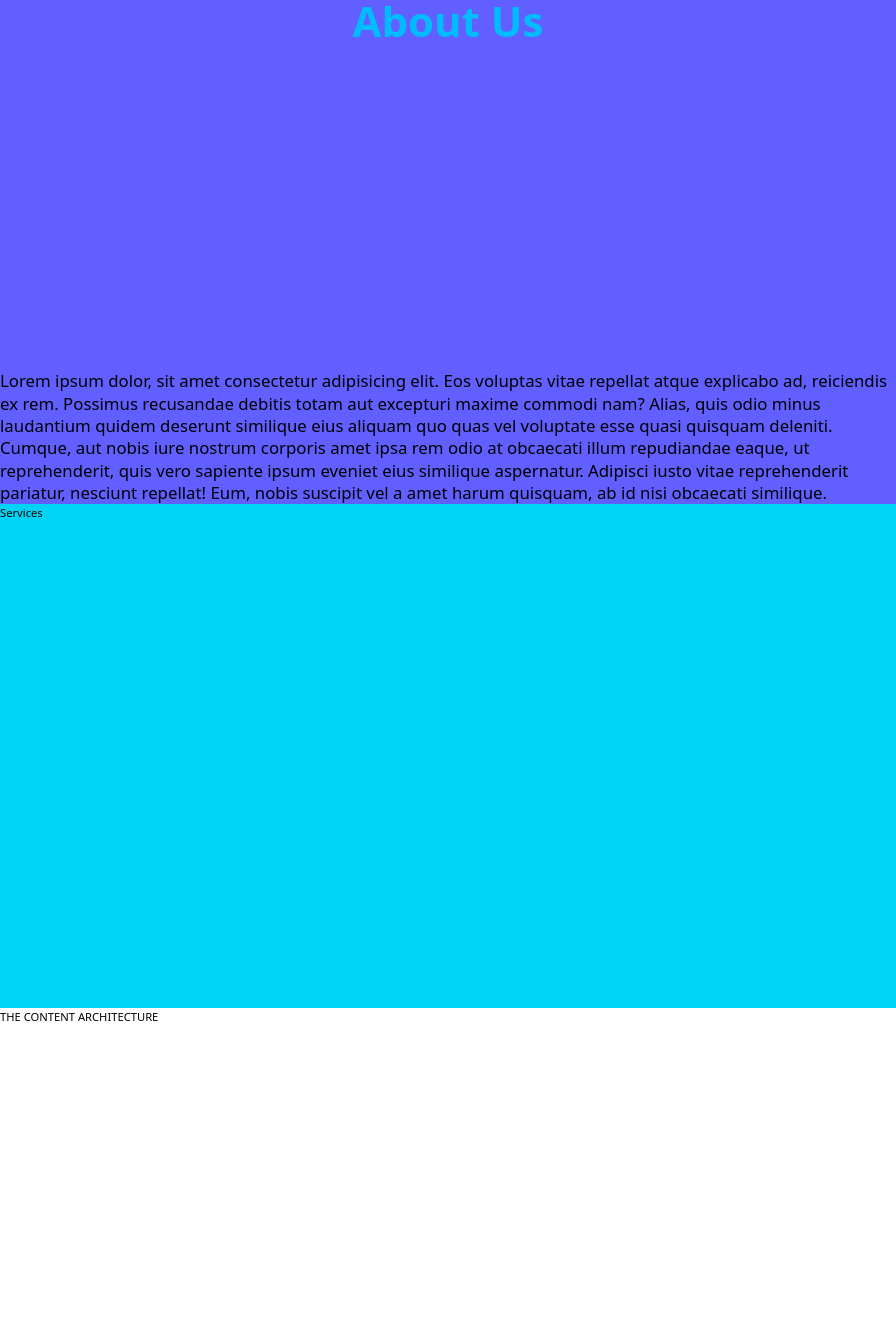
Repository: ajay-maurya-dev/Login
Page: /
The author's editor kept a copy of each file at every save. The page is drawn from the files as they stood at one save, then again after a run of saves.
The browser window is 1280 px wide. The pictures show the part of the page from y = 720 to 2620 px (the page is 2880 px tall), at 70% of full size.
Backgrounds fixed to the window are drawn as part of the page. The project was rebuilt for these pictures with package versions that can differ from the ones it lists, and the page was loaded fresh each time. Also part of the build but not shown: vite.config.js.

Above is the page before, as saved 2026-10-24 23:39:47.

After the next 2 saves:
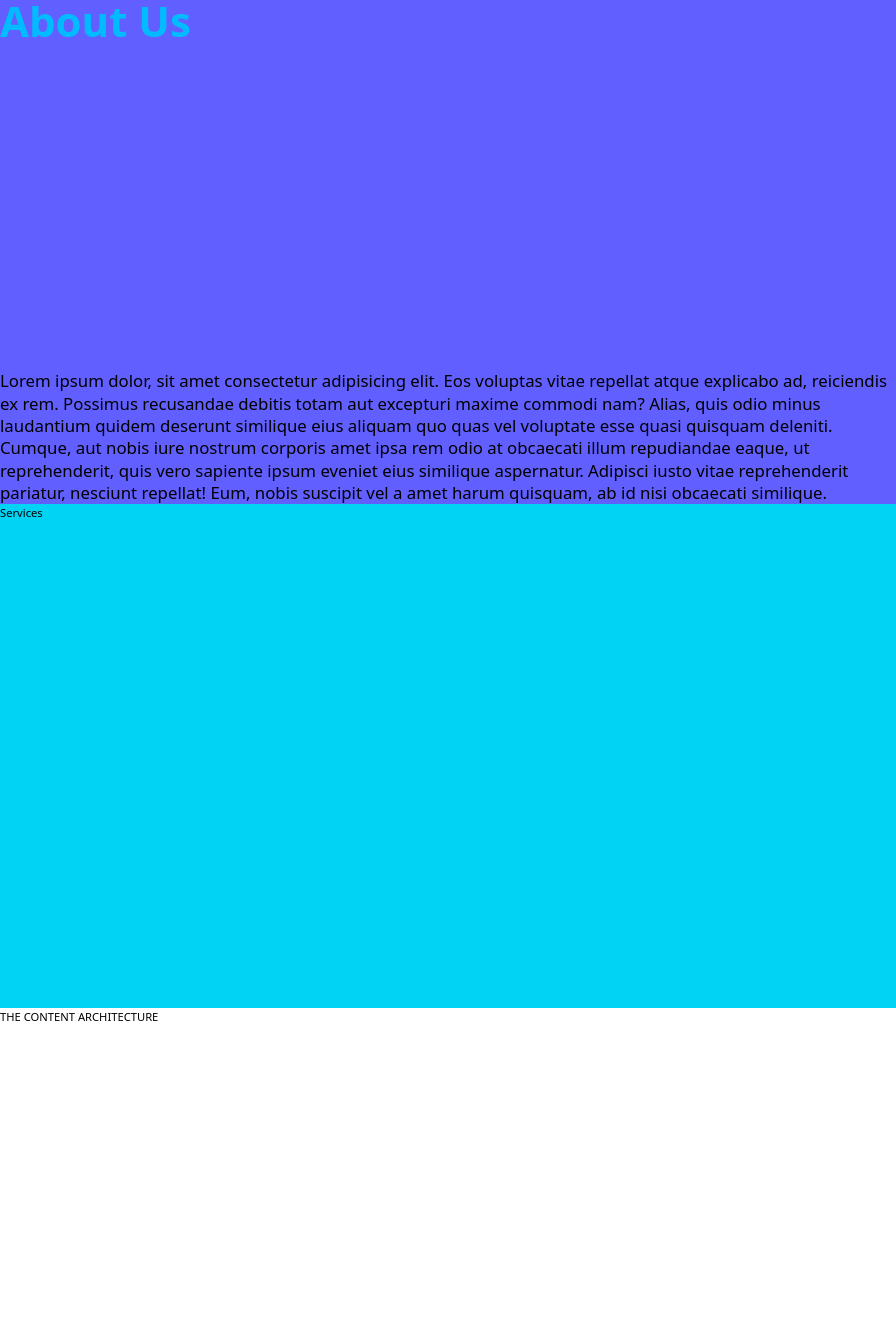
The 2 saves are shown as one change because they came seconds apart.
The last was saved 12 s later.
--- a/src/components/About.jsx
+++ b/src/components/About.jsx
@@ -2,7 +2,7 @@
 
 function About() {
   return (
-    <div className="w-full min-h-screen bg-indigo-500 z-10 text-2xl dark:bg-black dark:text-white bg-fixed flex justify-center items-center flex-col">
+    <div className="w-full min-h-screen bg-indigo-500 z-10 text-2xl dark:bg-black dark:text-white bg-fixed flex justify-center flex-col">
         <h4 className="text-6xl font-extrabold text-sky-400 flex-1">About Us</h4>
         <div className="">
         <p className="">Lorem ipsum dolor, sit amet consectetur adipisicing elit. Eos voluptas vitae repellat atque explicabo ad, reiciendis ex rem. Possimus recusandae debitis totam aut excepturi maxime commodi nam? Alias, quis odio minus laudantium quidem deserunt similique eius aliquam quo quas vel voluptate esse quasi quisquam deleniti. Cumque, aut nobis iure nostrum corporis amet ipsa rem odio at obcaecati illum repudiandae eaque, ut reprehenderit, quis vero sapiente ipsum eveniet eius similique aspernatur. Adipisci iusto vitae reprehenderit pariatur, nesciunt repellat! Eum, nobis suscipit vel a amet harum quisquam, ab id nisi obcaecati similique.</p>
